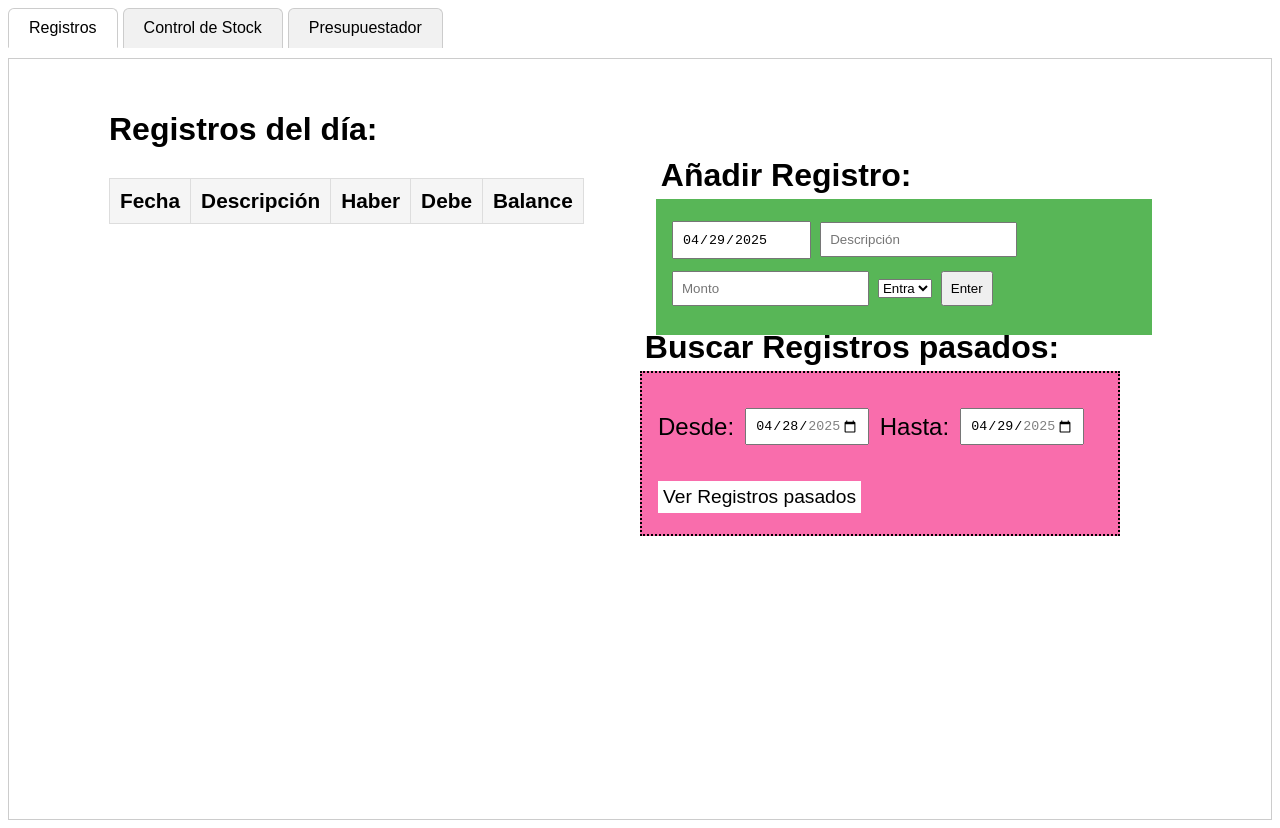
Repository: Joako-Herrero/Proyecto-de-Feria-de-ciencias
Page: program/registro.html
An editor plug-in stored every save of this project. The page is shown before and after a run of saves, followed by the edit.
The browser window is 1280 px wide. The pictures show the whole page.
The page's requests for data from a server got no answer.

Above is the page before, as saved 2025-05-18 12:44:38.

After the next 2 saves:
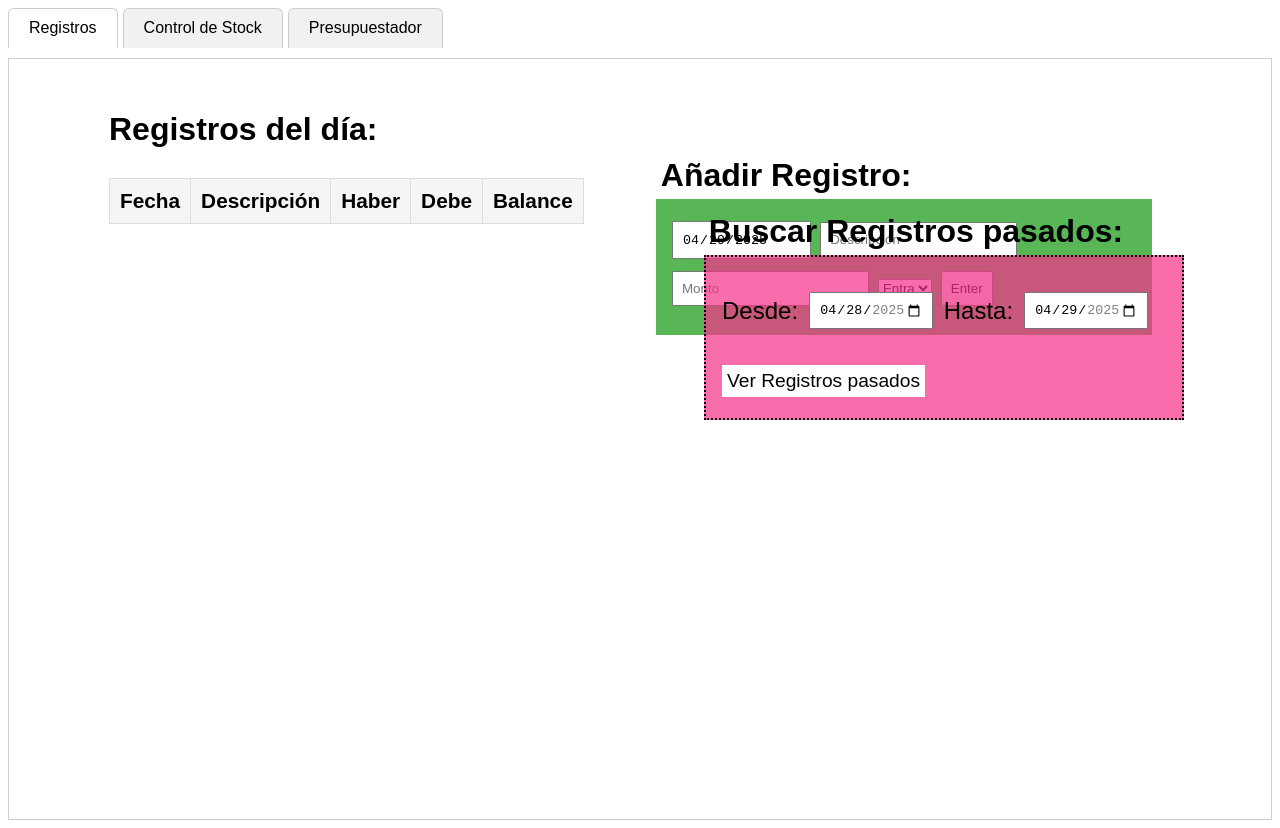
The 2 saves are shown as one change because they came seconds apart.
The last was saved 16 s later.
--- a/program/registro.html
+++ b/program/registro.html
@@ -79,8 +79,8 @@
 
         .buscarFecha {
             position: absolute;
-            left: 50%;
-            top: 45%;
+            left: 55%;
+            top: %;50
             width: 30rem;
 
         }
